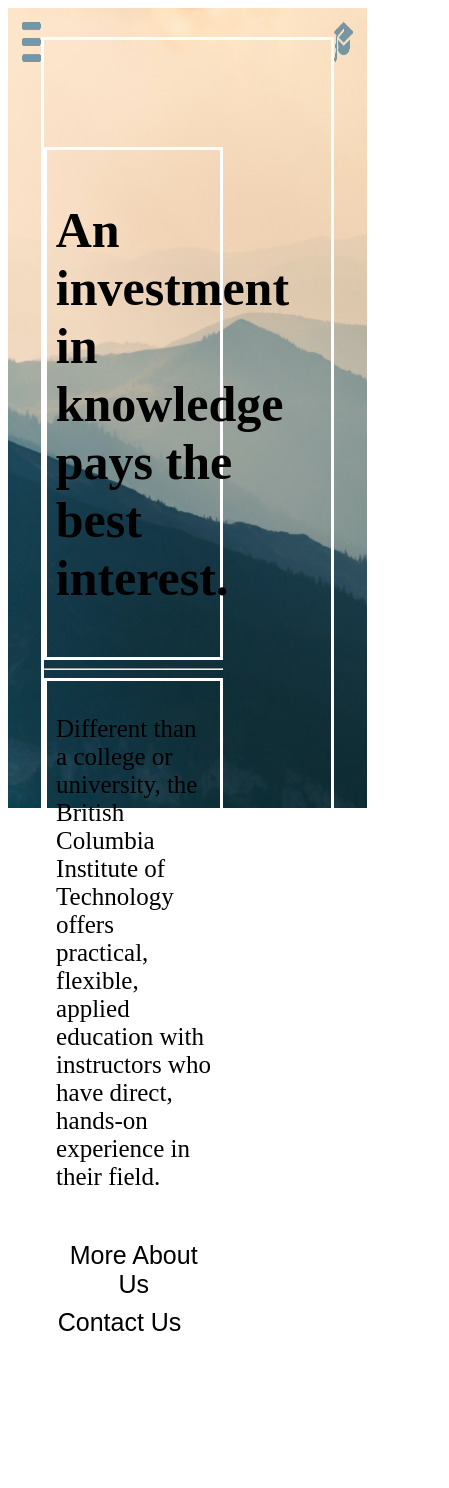
Repository: sierralaurent/MDIA2109-Assignment01
Page: /
These files come from the project's save history. The page is drawn as it stood at one moment and after the next save; the edit follows.
The browser window is 375 px wide. The page is 449 px wide, so the pictures cover 449 px, including what lies to the right of the window. The pictures show the whole page.
The project was rebuilt for these pictures with package versions that can differ from the ones it lists, and the page was loaded fresh each time. The framework's server and built-in components were replaced by stand-ins that run in the browser. Also part of the build but not shown: next.config.js.

Above is the page before, as saved 2023-02-05 13:05:05.

### pages/index.js
import Head from 'next/head'
import Image from 'next/image'
import { Inter } from '@next/font/google'
import styles from '@/styles/Home.module.css'
import Link from 'next/link'


const inter = Inter({ subsets: ['latin'] })

export default function Home() {
  return (
    <>
    <nav>
      <Head>
        <title>Home</title>
        <meta name="author" content="MDIA 2109" />
        <meta property="og:title" content="Assignment #1 - Home Page" />
        <meta property="og:description" content="BCIT Digital Design and Development Diploma" />
        <link rel="icon" href="/favicon.png" />
        </Head>
        <main className={styles.main} >
          <div className={styles.nav}>
            <img src="icons/menu-icon.png" className={styles.icon1}/>
            <img src="icons/graduation-hat.png" className={styles.icon2}/>
          </div>
          <div className={styles.middle}>
            <div >
            <div className={styles.intro}>
            <h1>An investment in knowledge pays the best interest.</h1>
            </div>
            <hr></hr>
            <div className={styles.intro2}>
            <p>Different than a college or university, the British Columbia Institute of Technology offers practical, flexible, applied education with instructors who have direct, hands-on experience in their field.</p>
            </div>
            </div>

            <div className={styles.buttons}>
            <Link href="/about">
          <button className={styles.butt}>More About Us</button>
        </Link>
        <Link href="/contact">
        <button className={styles.butt}>Contact Us</button>
        </Link>
            </div>
            </div>
          <div className={styles.bottom}>
            <a href="/about">
              <span className={styles.icon3}>
                <img src="icons/downwardArrow.png"/>
              </span>
            </a>
          </div>
        </main>
    </nav>
    </>
  )
}

### styles/Home.module.css
.main {
  background-image: url('../public/background-images/backgroundMountain.jpg');
  background-size: cover;
  height: 100vh;
}

.nav {
  padding: 4%;
}

.buttons {
  padding: 5%;
  bottom: 6rem;
  left: 1rem;
}

.butt {
  border: 3px solid white;
  border-radius: 8%;
  background-color: transparent;
  font-size: 25px;
  width: fit-content;
  padding: 1%;

}

.butt:hover {
  background-color: white;
  color: black;
}

.intro {
  display: flex;
  justify-content: left;
  flex-direction: row;
  border: 3px solid white;

}

.intro2 {
  display: flex;
  justify-content: left;
  flex-direction: row;
  border: 3px solid white;
  font-size: 25px;
  padding: 5%;
}

.intro h1 {
  font-size: 50px;
  padding: 5%;
  flex-direction: row;
}
.intro p {
  font-size: 30px;
  padding: 5%;
  flex-direction: row;
}

.middle {
  border: 3px solid white;
  display: flex;
  flex-direction: column;
  justify-content: left;
  align-items: left;
  padding-top: 30%;
  padding-right: 30%;
}

.icon1 {
  width: 5vw;
  height: 5vh;
  float: left;
}

.icon2 {
  width: 5vw;
  height: 5vh;
  float: right;
}

.icon3 {
  width: 5vw;
  height: 5vh;
  float: right;
}

.bottom {

  bottom: 10rem;
  right: 5rem;
}

/* Desktop */
@media only screen and (min-width: 1000px) {
    .intro {
      max-width: 600px;
    }
    .intro2 {
      max-width: 600px;
    }
}


/* Tablet or iPad Air */
@media only screen and (min-width: 600px) and (max-width: 999px ) {
    .intro {
      max-width: 800px;
    }
    .middle {
      padding-right: 10%;
    }
    .intro h1 {
      font-size: 35px;
    }
    .intro2 p {
      font-size: 20px;
    }
    .butt {
      font-size: 20px;
    }
}

/* Mobile or iPhone XR */
@media only screen and (max-width: 599px ) {

}

Loaded but not shown: pages/_document.js (common file)

After the next save:
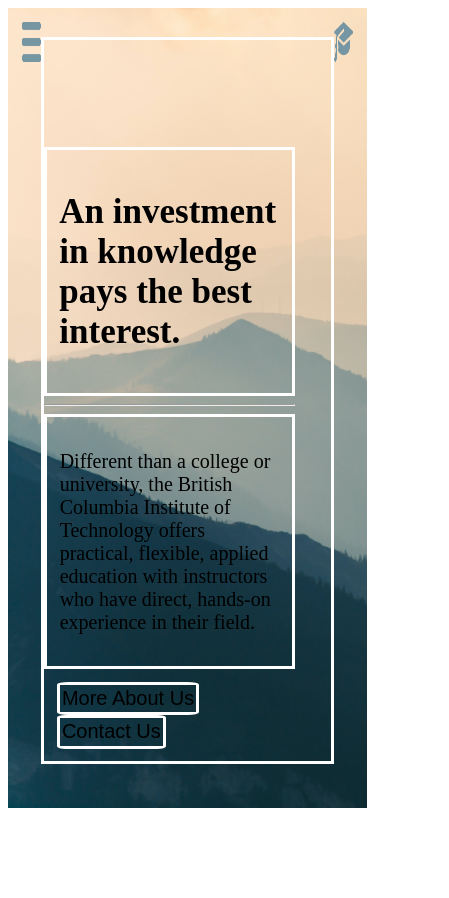
Saved 35 s later.
--- a/styles/Home.module.css
+++ b/styles/Home.module.css
@@ -123,5 +123,19 @@
 
 /* Mobile or iPhone XR */
 @media only screen and (max-width: 599px ) {
-
+  .intro {
+    max-width: 800px;
+  }
+  .middle {
+    padding-right: 10%;
+  }
+  .intro h1 {
+    font-size: 35px;
+  }
+  .intro2 p {
+    font-size: 20px;
+  }
+  .butt {
+    font-size: 20px;
+  }
 }
